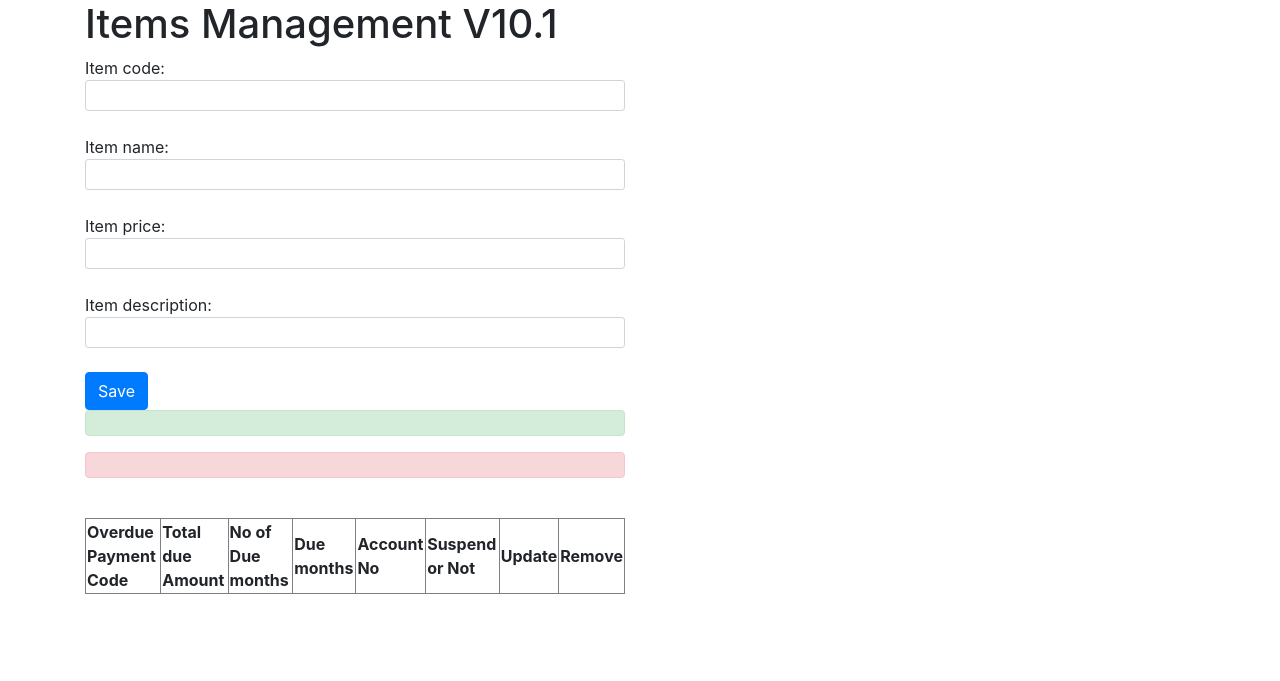
Repository: SameeriSubasinghe/ElectroGrid_G160_ODPaymentsService
Page: http://localhost/ElectroGrid_G160_ODPaymentService/ODPayment.jsp
An editor plug-in stored every save of this project. The page is shown before and after the next save, followed by the edit.
The browser window is 1280 px wide. The pictures show the whole page.
The page is served by Tomcat 9. Queries for data that is not in the repository find no rows.

Above is the page before, as saved 2022-05-10 11:00:59.

After the next save:
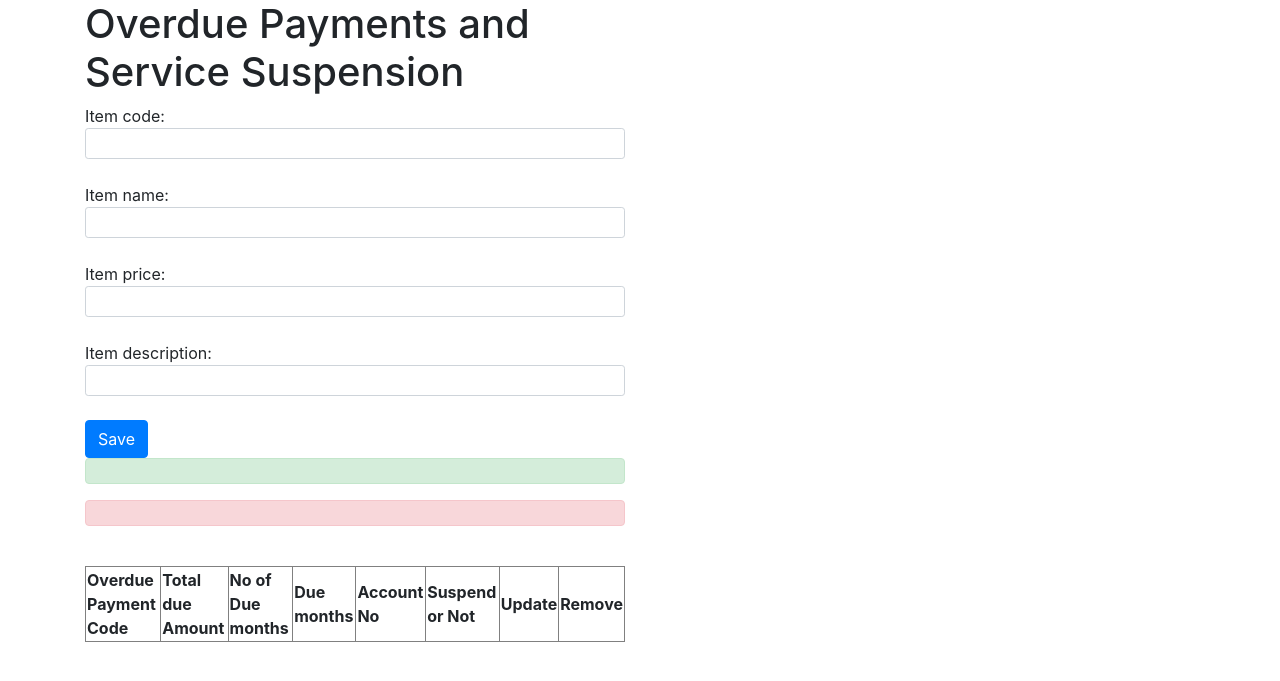
Saved 2 min 48 s later.
--- a/ElectroGrid_G160_ODPaymentService/src/main/webapp/ODPayment.jsp
+++ b/ElectroGrid_G160_ODPaymentService/src/main/webapp/ODPayment.jsp
@@ -12,10 +12,10 @@ pageEncoding="ISO-8859-1"%>
 </head>
 <body>
 <div class="container"><div class="row"><div class="col-6">
-<h1>Items Management V10.1</h1>
+<h1>Overdue Payments and Service Suspension</h1>
 <form id="formItem" name="formItem">
  Item code:
- <input id="itemCode" name="itemCode" type="text"
+ <input id="ODPCode" name="ODPCode" type="text"
  class="form-control form-control-sm">
  <br> Item name:
  <input id="itemName" name="itemName" type="text"
